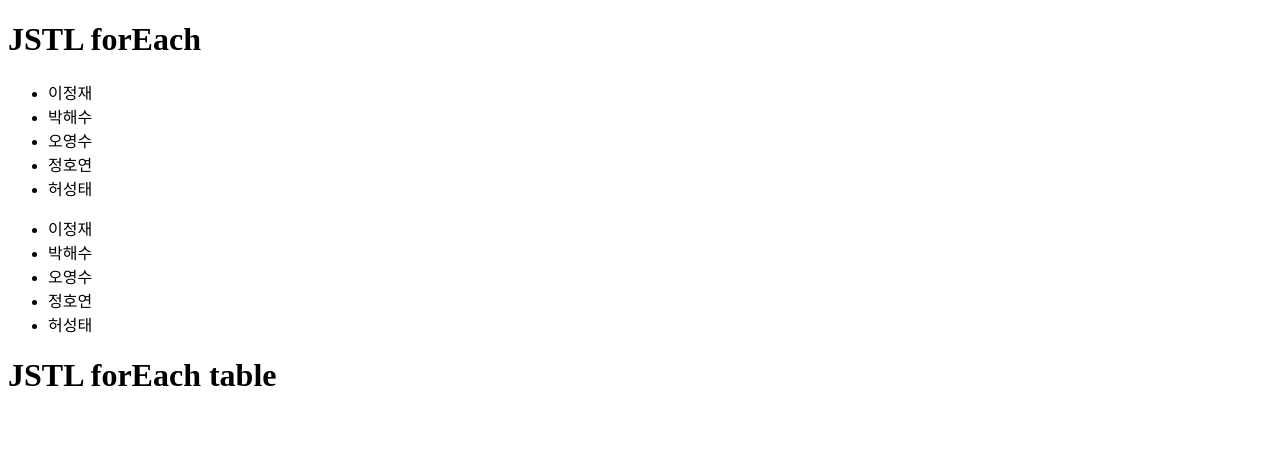
Repository: ljh5973/labweb
Page: http://localhost/JSP04/04_forEach.jsp
These files come from the project's save history. The page is drawn as it stood at one moment and after the next save; the edit follows.
The browser window is 1280 px wide. The pictures show the whole page.
The page is served by Tomcat 9.

Above is the page before, as saved 2022-01-11 06:09:00.

### JSP04/webapp/04_forEach.jsp
<%@page import="edu.web.model.Member"%>
<%@page import="java.util.ArrayList"%>
<%@ page language="java" contentType="text/html; charset=UTF-8"
    pageEncoding="UTF-8"%>
<%@ page trimDirectiveWhitespaces="true"%>
<%@ taglib prefix="c" uri="http://java.sun.com/jsp/jstl/core" %>
<!DOCTYPE html>
<html>
	<head>
		<meta charset="UTF-8">
		<title>JSTL</title>
	</head>
	<body>

	<h1>JSTL forEach</h1>

	<%
	// list 아이템으로 사용할 더미 데이터
	String[] actors={"이정재", "박해수" , "오영수","정호연", "허성태"};

	// script에서 선언한 지역 변수는 EL에서 사용할 수 없음.
	// EL에서 사용할 수 있는 변수는 pageContext, request, session, application의 속성들
	pageContext.setAttribute("actorList", actors);

	%>

	<ul>
	<%
		for(String s: actors){%>
		<li><%=s %></li>
		<% }%>

	</ul>
	<ul>
		<c:forEach var="actor" items="${actorList }">

			<li>${actor }</li>

		</c:forEach>
	</ul>


	<h1>JSTL forEach table</h1>

	<%
		// 테이블의 row(행) 데이터로 사용할 더미 데이터
	ArrayList<Member> list= new ArrayList<>();
	list.add(new Member("admin", "0000", "admin@test.com"));
	list.add(new Member("newMember", "1111", "new@test.com"));
	list.add(new Member("guest" , "2222", "guest@test.com"));

	request.setAttribute("memberList", list);

	%>

	</body>
</html>

### JSP04/src/edu/web/model/Member.java
package edu.web.model;

public class Member {


	private String memberId;
	private String memberPassword;
	private String memberEmail;

	public Member() {
		// TODO Auto-generated constructor stub
	}

	public Member(String memberId, String memberPassword, String memberEmail) {
		this.memberId = memberId;
		this.memberPassword = memberPassword;
		this.memberEmail = memberEmail;
	}

	public String getMemberId() {
		return memberId;
	}

	public void setMemberId(String memberId) {
		this.memberId = memberId;
	}

	public String getMemberPassword() {
		return memberPassword;
	}

	public void setMemberPassword(String memberPassword) {
		this.memberPassword = memberPassword;
	}

	public String getMemberEmail() {
		return memberEmail;
	}

	public void setMemberEmail(String memberEmail) {
		this.memberEmail = memberEmail;
	}




}

After the next save:
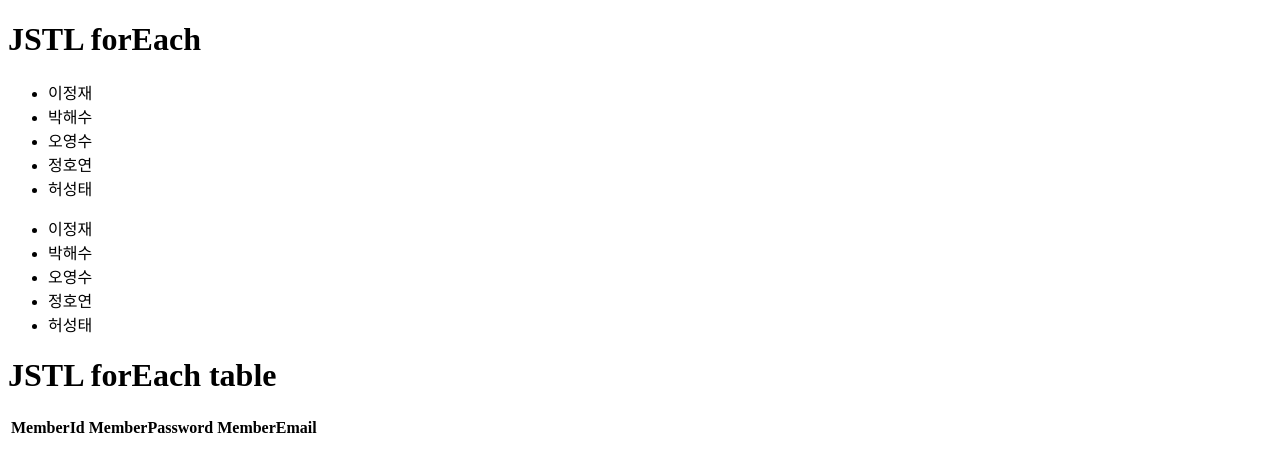
Saved 69 s later.
--- a/JSP04/webapp/04_forEach.jsp
+++ b/JSP04/webapp/04_forEach.jsp
@@ -53,5 +53,13 @@
 
 	%>
 
+	<table>
+		<thead>
+			<th>MemberId</th>
+			<th>MemberPassword</th>
+			<th>MemberEmail</th>
+		</thead>
+	</table>
+
 	</body>
 </html>
